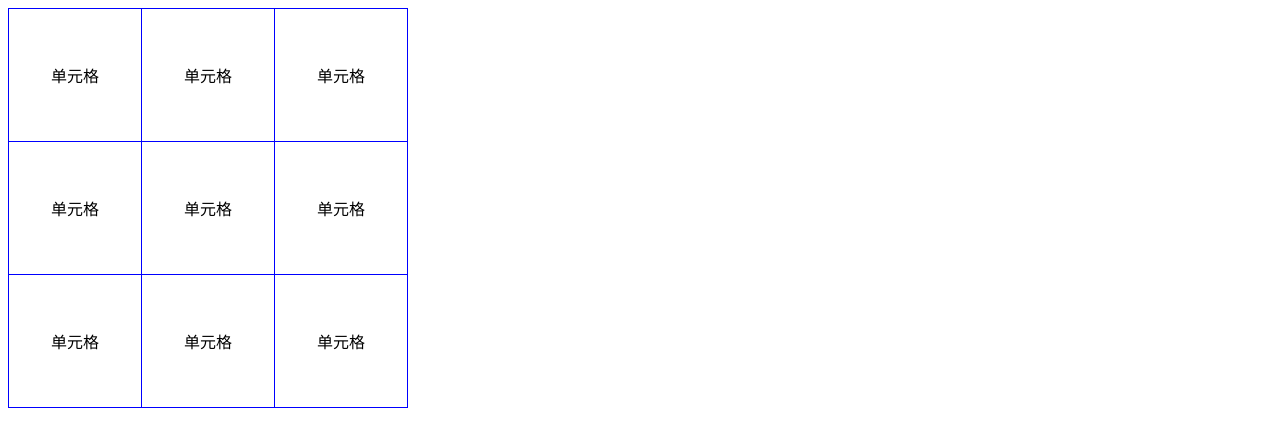
Repository: yuanliumaker/html-css-js
Page: css/表格属性.html
The author's editor kept a copy of each file at every save. The page is drawn from the files as they stood at one save, then again after the next save.
The browser window is 1280 px wide. The pictures show the whole page.

Above is the page before, as saved 2025-08-31 15:37:47.

After the next save:
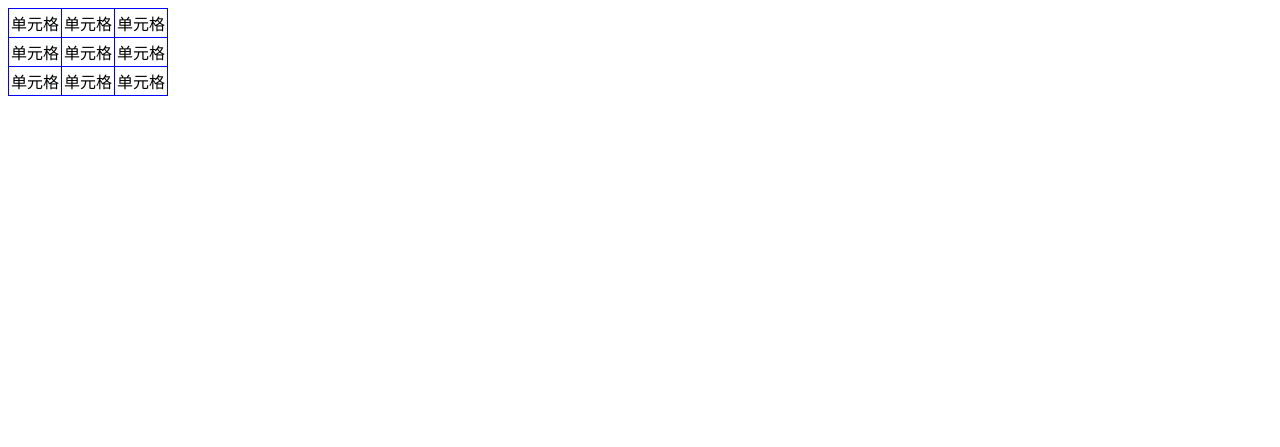
Saved 19 s later.
--- a/css/表格属性.html
+++ b/css/表格属性.html
@@ -7,8 +7,8 @@
     <style>
         table{
             /* 设置表格的宽度 高度 边框的粗细以及颜色 */
-            width:400px;
-            height:400px;
+            /* width:400px;
+            height:400px; */
             border:1px solid blue;
         }
         td{
